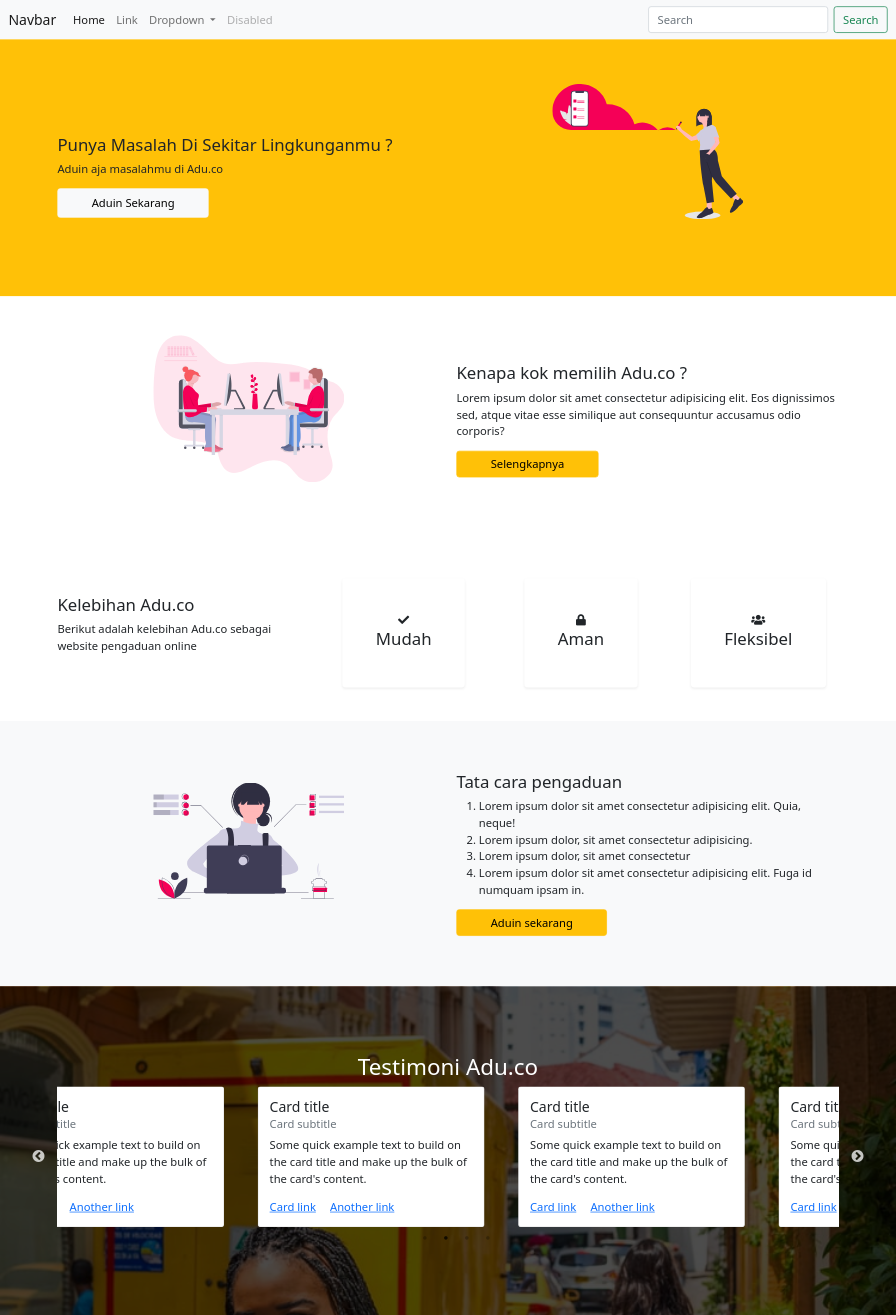
Repository: khulqu15/pengaduan2
Page: http://localhost/
The author's editor kept a copy of each file at every save. The page is drawn from the files as they stood at one save, then again after a run of saves.
The browser window is 1280 px wide. The pictures show the whole page, at 70% of full size.
Backgrounds fixed to the window are drawn as part of the page. The page is served by the project's Laravel application, run on PHP 8.4 with Laravel 8. Other server files are loaded and not shown.

Above is the page before, as saved 2021-02-23 21:08:39.

### routes/web.php
<?php

use App\Http\Controllers\UserController;
use Illuminate\Support\Facades\Route;

/*
|--------------------------------------------------------------------------
| Web Routes
|--------------------------------------------------------------------------
|
| Here is where you can register web routes for your application. These
| routes are loaded by the RouteServiceProvider within a group which
| contains the "web" middleware group. Now create something great!
|
*/

Route::get('/', function () {
    return view('welcome');
});

Route::get('login', [UserController::class, 'loginGet'])->name('loginView');
Route::post('login', [UserController::class, 'loginPost'])->name('loginLogic');
Route::get('register', [UserController::class, 'registerGet'])->name('registerView');
Route::post('register', [UserController::class, 'registerPost'])->name('registerLogic');

### resources/views/welcome.blade.php
@extends('layout.app')

@section('title', 'Home')

@section('content')
    <div class="container-fluid bg-warning py-5">
        <div class="container">
            <div class="row py-3">
                <div class="col-md-6 py-5">
                    <h4 class="mt-4">Punya Masalah Di Sekitar Lingkunganmu ?</h4>
                    <p>Aduin aja masalahmu di Adu.co</p>
                    <button class="btn btn-light px-5 py-2">Aduin Sekarang</button>
                </div>
                <div class="col-md-6 text-center">
                    <img src="{{ asset('img/illust/illust2.svg') }}" class="w-50" alt="">
                </div>
            </div>
        </div>
    </div>
    <div class="container py-5">
        <div class="row">
            <div class="col-md-6 text-center py-2">
                <img src="{{ asset('img/illust/illust1.svg') }}" class="w-50" alt="">
            </div>
            <div class="col-md-6 py-5">
                <h4>Kenapa kok memilih Adu.co ?</h4>
                <p>Lorem ipsum dolor sit amet consectetur adipisicing elit. Eos dignissimos sed, atque vitae esse similique aut consequuntur accusamus odio corporis?</p>
                <button class="btn btn-warning px-5">Selengkapnya</button>
            </div>
        </div>
    </div>
    <div class="container py-5">
        <div class="row">
            <div class="col-md-4 py-4">
                <h4>Kelebihan Adu.co</h4>
                <p>Berikut adalah kelebihan Adu.co sebagai website pengaduan online</p>
            </div>
            <div class="col-md-8">
                <div class="row">
                    <div class="col-md-4 text-center">
                        <div class="d-inline-block shadow-sm rounded-3 p-5">
                            <i class="fas fa-check"></i>
                            <h4>Mudah</h4>
                        </div>
                    </div>
                    <div class="col-md-4 text-center">
                        <div class="d-inline-block shadow-sm rounded-3 p-5">
                            <i class="fas fa-lock"></i>
                            <h4>Aman</h4>
                        </div>
                    </div>
                    <div class="col-md-4 text-center">
                        <div class="d-inline-block shadow-sm rounded-3 p-5">
                            <i class="fas fa-users"></i>
                            <h4>Fleksibel</h4>
                        </div>
                    </div>
                </div>
            </div>
        </div>
    </div>
    <div class="container-fluid bg-light py-5">
        <div class="container py-4">
            <div class="row">
                <div class="col-md-6 text-center py-3">
                    <img src="{{ asset('img/illust/illust3.svg') }}" class="w-50" alt="">
                </div>
                <div class="col-md-6">
                    <h4>Tata cara pengaduan</h4>
                    <ul style="list-style-type: decimal">
                        <li>Lorem ipsum dolor sit amet consectetur adipisicing elit. Quia, neque!</li>
                        <li>Lorem ipsum dolor, sit amet consectetur adipisicing.</li>
                        <li>Lorem ipsum dolor, sit amet consectetur</li>
                        <li>Lorem ipsum dolor sit amet consectetur adipisicing elit. Fuga id numquam ipsam in.</li>
                    </ul>
                    <button class="btn btn-warning px-5">Aduin sekarang</button>
                </div>
            </div>
        </div>
    </div>
    <div class="container-fluid image-footer-home">
        <div class="overlay"></div>
        <div class="container position-relative py-5">
            <div class="row py-5">
                <div class="col-md-12 text-center">
                    <h2 class="text-white">Testimoni Adu.co</h2>
                </div>
                <div class="slider" id="testimoni-slider">
                    <div class="px-4">
                        <div class="card w-100">
                            <div class="card-body">
                                <h5 class="card-title">Card title</h5>
                                <h6 class="card-subtitle mb-2 text-muted">Card subtitle</h6>
                                <p class="card-text">Some quick example text to build on the card title and make up the bulk of the card's content.</p>
                                <a href="#" class="card-link">Card link</a>
                                <a href="#" class="card-link">Another link</a>
                            </div>
                        </div>
                    </div>
                    <div class="px-4">
                        <div class="card w-100">
                            <div class="card-body">
                                <h5 class="card-title">Card title</h5>
                                <h6 class="card-subtitle mb-2 text-muted">Card subtitle</h6>
                                <p class="card-text">Some quick example text to build on the card title and make up the bulk of the card's content.</p>
                                <a href="#" class="card-link">Card link</a>
                                <a href="#" class="card-link">Another link</a>
                            </div>
                        </div>
                    </div>
                    <div class="px-4">
                        <div class="card w-100">
                            <div class="card-body">
                                <h5 class="card-title">Card title</h5>
                                <h6 class="card-subtitle mb-2 text-muted">Card subtitle</h6>
                                <p class="card-text">Some quick example text to build on the card title and make up the bulk of the card's content.</p>
                                <a href="#" class="card-link">Card link</a>
                                <a href="#" class="card-link">Another link</a>
                            </div>
                        </div>
                    </div>
                    <div class="px-4">
                        <div class="card w-100">
                            <div class="card-body">
                                <h5 class="card-title">Card title</h5>
                                <h6 class="card-subtitle mb-2 text-muted">Card subtitle</h6>
                                <p class="card-text">Some quick example text to build on the card title and make up the bulk of the card's content.</p>
                                <a href="#" class="card-link">Card link</a>
                                <a href="#" class="card-link">Another link</a>
                            </div>
                        </div>
                    </div>
                </div>
            </div>
        </div>
    </div>

    <script>
        $('#testimoni-slider').slick({
            slidesToShow: 3,
            slidesToScroll: 1,
            dots: true,
            arrows: true,
            infinite: true,
            autoplay: true,
            autoplaySpeed: 5000,
        })
    </script>

@endsection

### resources/views/layout/app.blade.php
<!DOCTYPE html>
<html lang="en">
<head>
    <meta charset="UTF-8">
    <meta name="viewport" content="width=device-width, initial-scale=1.0">
    <meta http-equiv="X-UA-Compatible" content="ie=edge">
    <title>Pengaduan | @yield('title')</title>

    <link rel="stylesheet" href="{{ asset('css/bootstrap.min.css') }}">
    <link rel="stylesheet" href="{{ asset('css/all.min.css') }}">
    <link rel="stylesheet" href="{{ asset('css/fontawesome.min.css') }}">
    <link rel="stylesheet" href="{{ asset('css/style.css') }}">
    <link rel="stylesheet" href="{{ asset('css/slick.css') }}">
    <link rel="stylesheet" href="{{ asset('css/slick-theme.css') }}">

    <script src="{{ asset('js/jquery-3.5.1.min.js') }}"></script>
    <script src="{{ asset('js/bootstrap.min.js') }}"></script>
    <script src="{{ asset('js/all.min.js') }}"></script>
    <script src="{{ asset('js/fontawesome.min.js') }}"></script>
    <script src="{{ asset('js/slick.min.js') }}"></script>

    @yield('assets')

</head>
<body>
    <nav class="navbar navbar-expand-lg navbar-light bg-light">
        <div class="container-fluid">
          <a class="navbar-brand" href="#">Navbar</a>
          <button class="navbar-toggler" type="button" data-bs-toggle="collapse" data-bs-target="#navbarSupportedContent" aria-controls="navbarSupportedContent" aria-expanded="false" aria-label="Toggle navigation">
            <span class="navbar-toggler-icon"></span>
          </button>
          <div class="collapse navbar-collapse" id="navbarSupportedContent">
            <ul class="navbar-nav me-auto mb-2 mb-lg-0">
              <li class="nav-item">
                <a class="nav-link active" aria-current="page" href="#">Home</a>
              </li>
              <li class="nav-item">
                <a class="nav-link" href="#">Link</a>
              </li>
              <li class="nav-item dropdown">
                <a class="nav-link dropdown-toggle" href="#" id="navbarDropdown" role="button" data-bs-toggle="dropdown" aria-expanded="false">
                  Dropdown
                </a>
                <ul class="dropdown-menu" aria-labelledby="navbarDropdown">
                  <li><a class="dropdown-item" href="#">Action</a></li>
                  <li><a class="dropdown-item" href="#">Another action</a></li>
                  <li><hr class="dropdown-divider"></li>
                  <li><a class="dropdown-item" href="#">Something else here</a></li>
                </ul>
              </li>
              <li class="nav-item">
                <a class="nav-link disabled" href="#" tabindex="-1" aria-disabled="true">Disabled</a>
              </li>
            </ul>
            <form class="d-flex">
              <input class="form-control me-2" type="search" placeholder="Search" aria-label="Search">
              <button class="btn btn-outline-success" type="submit">Search</button>
            </form>
          </div>
        </div>
      </nav>

    @yield('content')
</body>
</html>

### public/css/style.css
body {
    overflow-x: hidden !important;
}
.viga {
    font-family: 'Viga', sans-serif;
}
.bgm-primary {
    background-color: #E62A2A !important;
}
.btnm-primary {
    border: none;
    border-radius: 0px !important;
    transition: all .3s ease-in-out;
    background-color: #E62A2A !important;
    padding: 1rem 2rem;
    color: white;
}
.text-right {
    text-align: right !important;
}
.cursor-point {
    cursor: pointer;
}
.btnm-primary:hover {
    color: white !important;
    background-color: #c01c1c !important;
}
.btnm-light {
    border: none;
    border-radius: 0px !important;
    transition: all .3s ease-in-out;
    background-color: #f2f2f2 !important;
    padding: 1rem 2rem;
    color: #292929;
}
.btnm-light:hover {
    color: #292929 !important;
    background-color: #c2c2c2 !important;
}
.textm-primary {
    color: #E62A2A !important;
}
.textm-gray {
    color: gray !important;
}

.input-search-home {
    width: 80%;
    position: absolute;
    left: 10%;
    height: 60px;
    box-shadow: 0px 20px 40px -6px rgba(0, 0, 0, 0.12);
    top: -50px;
    background-color: white;
}
.input-search-home input {
    height: 60px;
}
.input-search-home button,
.input-search-home a {
    position: relative;
    top: -10px;
}


.card-product {
    width: 100%;
    transition: all .3s ease-in-out;
    height: 370px;
    background-color: white;
}
.card-product:hover {
    box-shadow: 12px 24px 48px rgba(0, 0, 0, 0.09);
}
.card-product .image {
    width: 100%;
    height: 170px;
    background-color: #f36c6c;
    overflow: hidden;
}
.card-product .image img {
    transition: all .3s ease-in-out;
}
.card-product .image:hover img {
    transform: scale(1.1);
    opacity: .6;
}
.image-fit-card {
    width: 100%;
    height: 100%;
    object-fit: cover !important;
}
.card-product .line-category {
    display: inline-block;
    width: 20px;
    height: 3px;
    background-color: gray;
}

.bg-hammer-bottom {
    background: url('../img/wallpaper/hammer.png');
    background-attachment: fixed;
    background-position: center;
    background-size: cover;
}

.input-email-footer {
    position: relative;
    width: 100%;
    height: 70px;
    box-shadow: 0px 19px 38px rgba(0, 0, 0, 0.12);
    background-color: white;
}
.input-email-footer input {
    height: 70px;
    width: 100%;
}
.input-email-footer button {
    position: relative;
    top: -8px
}

.menu-footer {
    color: rgba(255, 255, 255, .5);
}
.menu-footer:hover {
    color: rgba(255, 255, 255, 1);
    cursor: pointer;
    transition: all .4s ease-in-out;
}
.menu-footer .icon {
    position: absolute;
    right: -50px;
    opacity: 0;
    transition: all .2s ease-in-out;
    visibility: hidden;
}
.menu-footer:hover .icon {
    position: relative;
    opacity: 1;
    right: 0;
    visibility: visible;
}
.menu-footer .menu-title {
    transition: all .2s ease-in-out;
    position: relative;
    font-size: 3rem;
    right: -10px;
}
.menu-footer:hover .menu-title {
    position: relative;
    right: 0px;
}

.icons-footer svg {
    transition: all .2s ease-in-out;
    color: #c2c2c2;
    margin: 0px .8rem;
    font-size: 1.4rem;
}

.icons-footer svg:hover {
    cursor: pointer;
    color: #767676;
}

.navbar {
    transition: all .3s ease-in-out;
    z-index: 100;
}
.burger {
    margin: 10px 0px 0px 0px;
}
.burger div {
    width: 40px;
    height: 5px;
    margin: 7px 0px;
    background-color: #767676;
}
.image-footer-home {
    background-image: url('../img/wallpaper/1.jpg');
    background-size: cover;
    background-attachment: fixed;
    position: relative;
}
.image-footer-home .overlay {
    background-color: rgba(0, 0, 0, 0.7);
    position: absolute;
    left: 0;
    top: 0;
    width: 100%;
    height: 100%;
}

Loaded but not shown: public/css/bootstrap.min.css (library); public/css/all.min.css (library); public/css/fontawesome.min.css (library); public/css/slick.css (common file); public/css/slick-theme.css (library); public/js/jquery-3.5.1.min.js (library); public/js/bootstrap.min.js (library); public/js/fontawesome.min.js (library); public/js/slick.min.js (library); public/img/illust/illust1.svg (1 lines, source omitted); public/img/illust/illust3.svg (1 lines, source omitted); public/img/illust/illust2.svg (1 lines, source omitted)

After the next 2 saves:
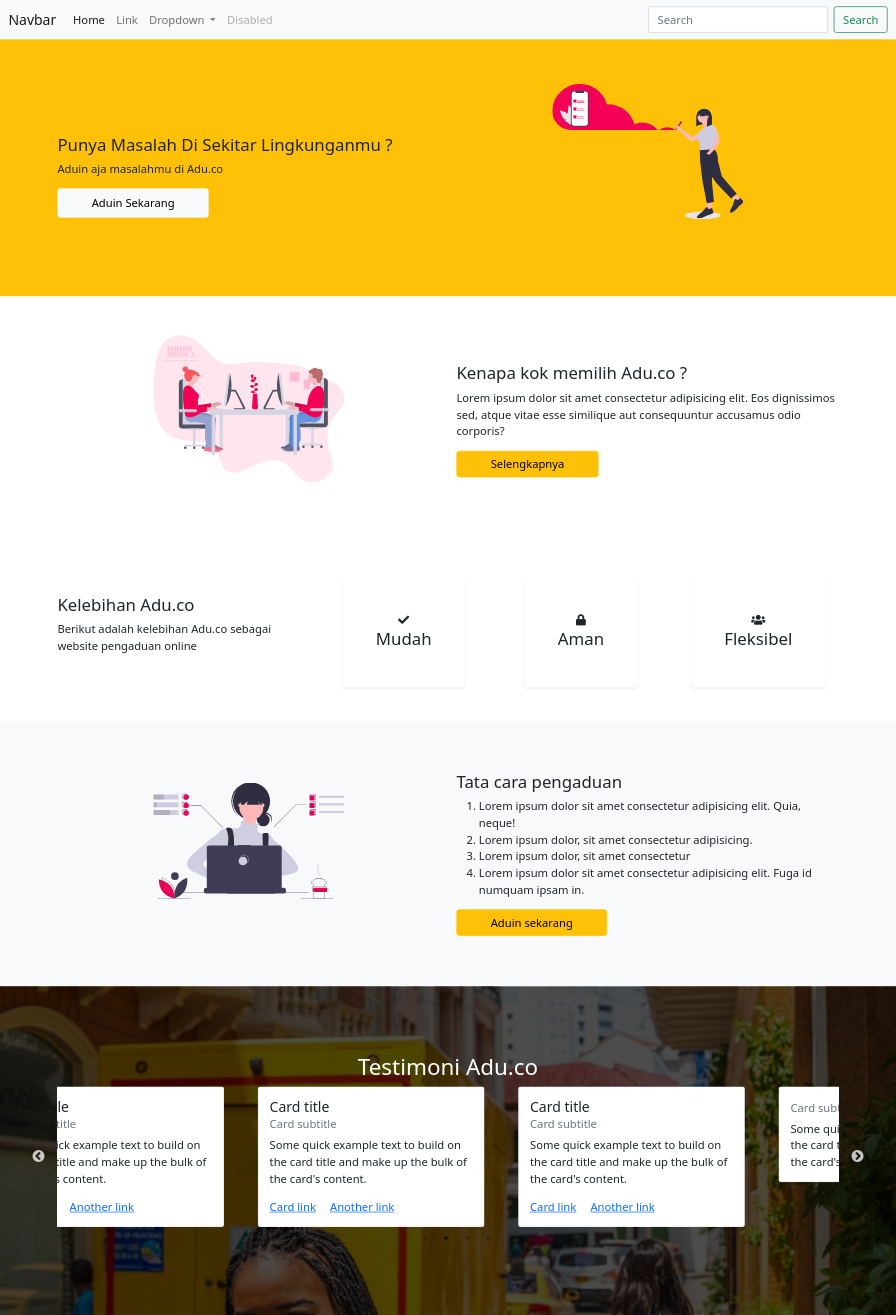
The 2 saves are shown as one change because they came seconds apart.
The last was saved 60 s later.
--- a/resources/views/welcome.blade.php
+++ b/resources/views/welcome.blade.php
@@ -122,11 +122,9 @@
                     <div class="px-4">
                         <div class="card w-100">
                             <div class="card-body">
-                                <h5 class="card-title">Card title</h5>
+                                <h5 class="card-title"></h5>
                                 <h6 class="card-subtitle mb-2 text-muted">Card subtitle</h6>
                                 <p class="card-text">Some quick example text to build on the card title and make up the bulk of the card's content.</p>
-                                <a href="#" class="card-link">Card link</a>
-                                <a href="#" class="card-link">Another link</a>
                             </div>
                         </div>
                     </div>
